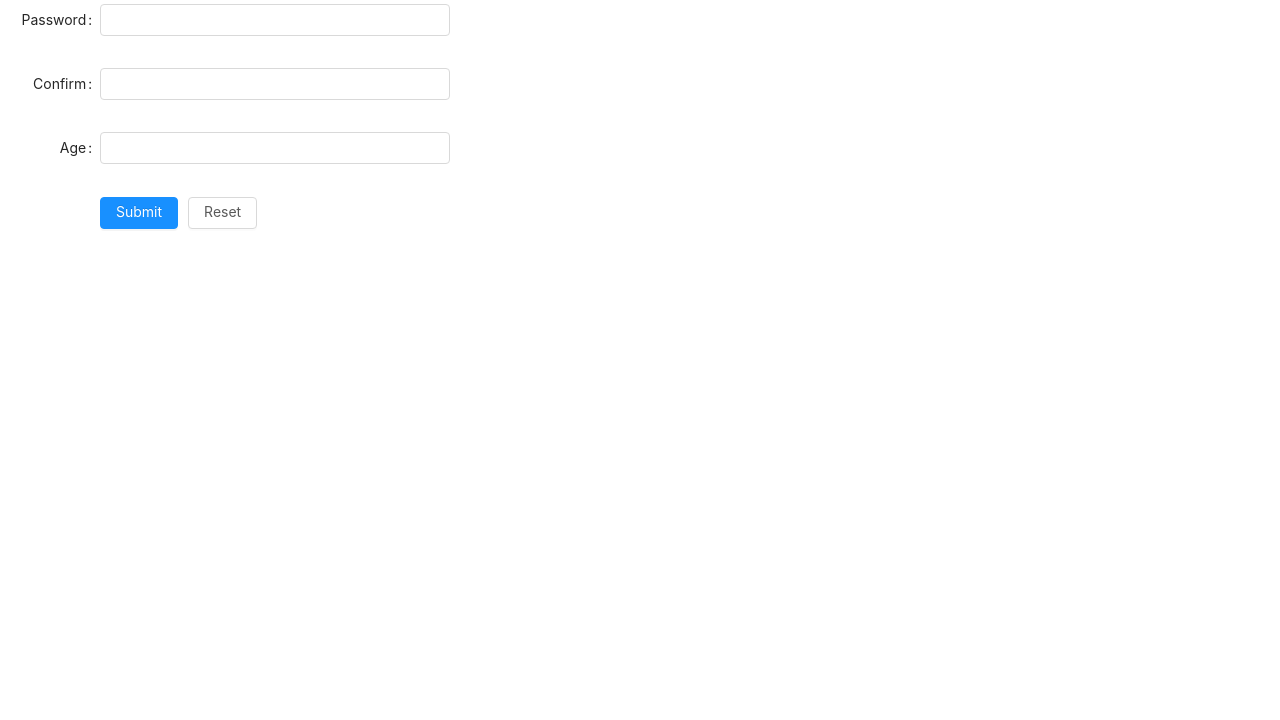
Repository: Ysleave/mall-app
Page: /login
An editor plug-in stored every save of this project. The page is shown before and after the next save, followed by the edit.
The browser window is 1280 px wide. The pictures show the whole page.
The project was rebuilt for these pictures with package versions that can differ from the ones it lists, and the page was loaded fresh each time. Also part of the build but not shown: src/views/leftMenu.vue, src/views/mainContent.vue, src/views/home.vue.

Above is the page before, as saved 2021-01-16 15:15:26.

### public/index.html
<!DOCTYPE html>
<html lang="en">
  <head>
    <meta charset="utf-8">
    <meta http-equiv="X-UA-Compatible" content="IE=edge">
    <meta name="viewport" content="width=device-width,initial-scale=1.0">
    <link rel="icon" href="<%= BASE_URL %>favicon.ico">
    <title>student</title>
  </head>
  <body>
    <noscript>
      <strong>We're sorry but student doesn't work properly without JavaScript enabled. Please enable it to continue.</strong>
    </noscript>
    <div id="app"></div>
    <!-- built files will be auto injected -->
  </body>
</html>

### src/main.js
import Vue from 'vue'
import Antd from 'ant-design-vue';
import App from './App.vue'
import router from './route/router'
import store from './store'
import 'ant-design-vue/dist/antd.css';
import './assets/css/reset.css'

Vue.config.productionTip = false
Vue.use(Antd);

new Vue({
  router,
  store,
  render: h => h(App)
}).$mount('#app')

### src/App.vue
<template>
  <div id="app" class="wrapper">
    <router-view></router-view>
  </div>
</template>

### src/route/router.js
import Vue from 'vue'
import Router from 'vue-router'
import Home from '@/views/home.vue'

Vue.use(Router)

export default new Router({
  mode: 'history',
  routes:[
    {
      path:'/',
      component:Home,
      name:"Home"
    },
    {
      path:'/login',
      component: () => import("@/views/login.vue")
    }
  ],
  linkActiveClass:'active'
})

### src/store.js
import Vue from 'vue'
import Vuex from 'vuex'


Vue.use(Vuex)

export default new Vuex.Store({
  state: {
    collapsed:false
  },
  mutations: {
     changeCollapsed(state){
       state.collapsed = !state.collapsed
     }
  },
  actions: {
    changeCollapsed({commit}){
      commit("changeCollapsed")
    }
  }
})

### src/assets/css/reset.css
body, h1, h2, h3, h4, h5, h6, hr, p, blockquote, dl, dt, dd, ul, ol, li, pre, form, fieldset, legend, button, input, textarea, th, td { margin:0; padding:0; }
body, button, input, select, textarea { font:12px/1.5tahoma, arial, \5b8b\4f53; }
h1, h2, h3, h4, h5, h6{ font-size:100%; }
address, cite, dfn, em, var { font-style:normal; }
code, kbd, pre, samp { font-family:couriernew, courier, monospace; }
small{ font-size:12px; }
ul, ol { list-style:none; }
a { text-decoration:none; }
a:hover { text-decoration:underline; }
sup { vertical-align:text-top; }
sub{ vertical-align:text-bottom; }
legend { color:#000; }
fieldset, img { border:0; }
button, input, select, textarea { font-size:100%; }
table { border-collapse:collapse; border-spacing:0; }

### src/views/login.vue
<template>
<div class="loginWrapper">
  <a-form-model ref="ruleForm" :model="ruleForm" :rules="rules" v-bind="layout">
    <a-form-model-item has-feedback label="Password" prop="pass">
      <a-input v-model="ruleForm.pass" type="password" autocomplete="off" />
    </a-form-model-item>
    <a-form-model-item has-feedback label="Confirm" prop="checkPass">
      <a-input v-model="ruleForm.checkPass" type="password" autocomplete="off" />
    </a-form-model-item>
    <a-form-model-item has-feedback label="Age" prop="age">
      <a-input v-model.number="ruleForm.age" />
    </a-form-model-item>
    <a-form-model-item :wrapper-col="{ span: 14, offset: 4 }">
      <a-button type="primary" @click="submitForm('ruleForm')">
        Submit
      </a-button>
      <a-button style="margin-left: 10px" @click="resetForm('ruleForm')">
        Reset
      </a-button>
    </a-form-model-item>
  </a-form-model>
</div>
</template>
<script>
export default {
  data() {
    let checkPending;
    let checkAge = (rule, value, callback) => {
      clearTimeout(checkPending);
      if (!value) {
        return callback(new Error('Please input the age'));
      }
      checkPending = setTimeout(() => {
        if (!Number.isInteger(value)) {
          callback(new Error('Please input digits'));
        } else {
          if (value < 18) {
            callback(new Error('Age must be greater than 18'));
          } else {
            callback();
          }
        }
      }, 1000);
    };
    let validatePass = (rule, value, callback) => {
      if (value === '') {
        callback(new Error('Please input the password'));
      } else {
        if (this.ruleForm.checkPass !== '') {
          this.$refs.ruleForm.validateField('checkPass');
        }
        callback();
      }
    };
    let validatePass2 = (rule, value, callback) => {
      if (value === '') {
        callback(new Error('Please input the password again'));
      } else if (value !== this.ruleForm.pass) {
        callback(new Error("Two inputs don't match!"));
      } else {
        callback();
      }
    };
    return {
      ruleForm: {
        pass: '',
        checkPass: '',
        age: '',
      },
      rules: {
        pass: [{ validator: validatePass, trigger: 'change' }],
        checkPass: [{ validator: validatePass2, trigger: 'change' }],
        age: [{ validator: checkAge, trigger: 'change' }],
      },
      layout: {
        labelCol: { span: 4 },
        wrapperCol: { span: 14 },
      },
    };
  },
  methods: {
    submitForm(formName) {
      this.$refs[formName].validate(valid => {
        if (valid) {
          alert('submit!');
        } else {
          console.log('error submit!!');
          return false;
        }
      });
    },
    resetForm(formName) {
      this.$refs[formName].resetFields();
    },
  },
};
</script>
<style  lang="less">
  .loginWrapper{
    width: 600px;
    margin: ;
  }

</style>

After the next save:
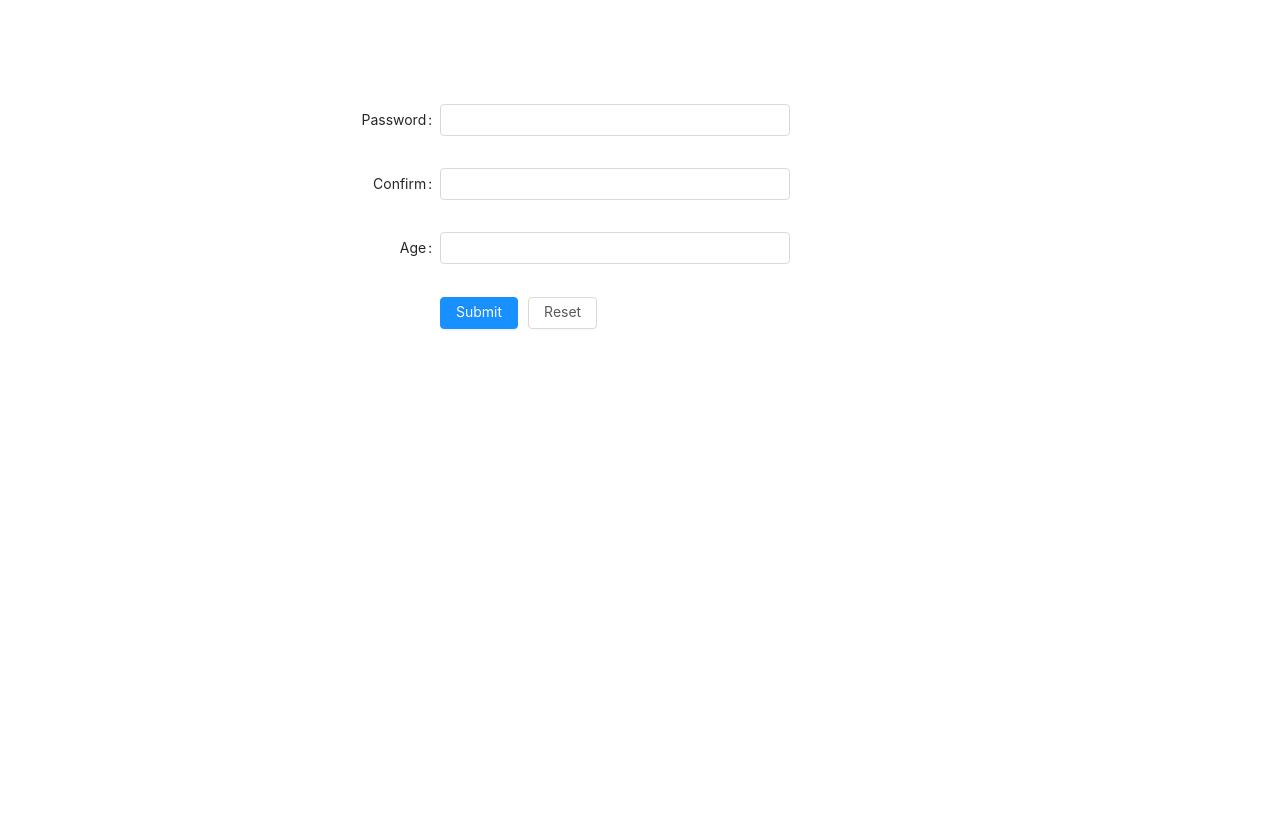
Saved 6 s later.
--- a/src/views/login.vue
+++ b/src/views/login.vue
@@ -98,7 +98,7 @@ export default {
 <style  lang="less">
   .loginWrapper{
     width: 600px;
-    margin: ;
+    margin: 100px auto;
   }
 
 </style>
